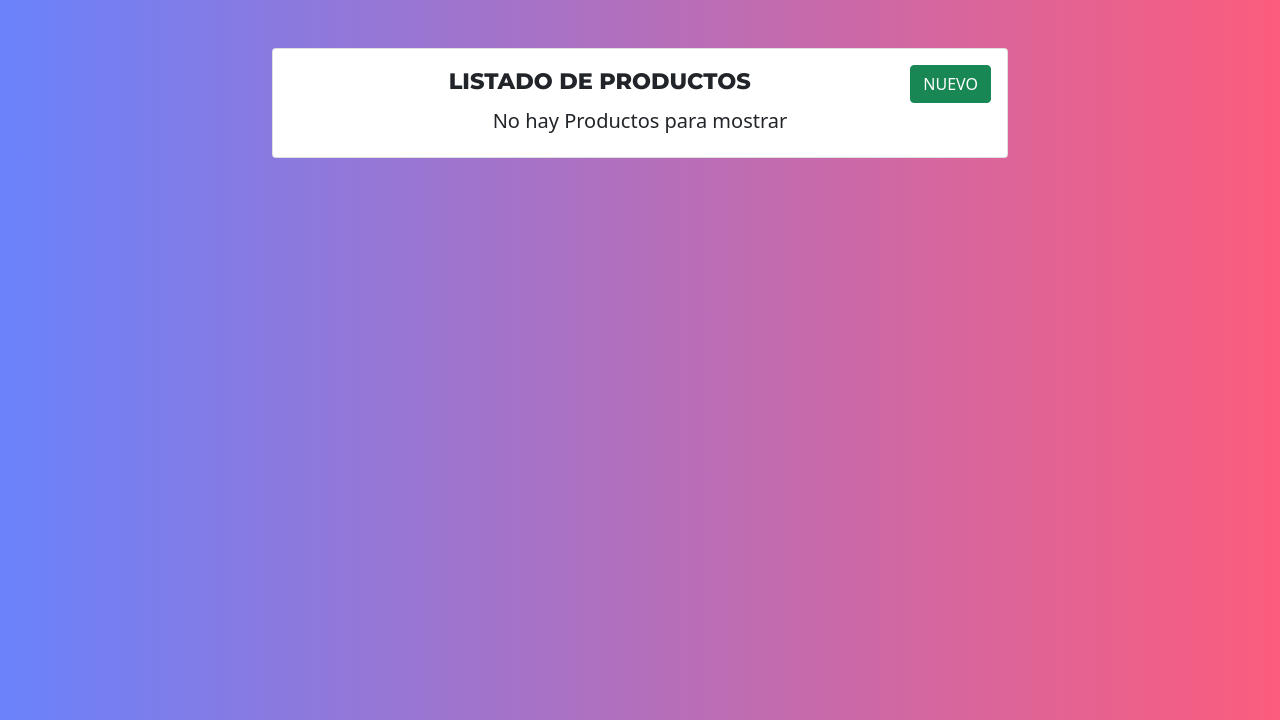
Repository: vivianaleivagalvez/crud_angular
Page: /
An editor plug-in stored every save of this project. The page is shown before and after the next save, followed by the edit.
The browser window is 1280 px wide. The pictures show the whole page.
The page's requests for data from a server got no answer. The project was rebuilt for these pictures with package versions that can differ from the ones it lists, and the page was loaded fresh each time. No one was signed in, and anything a server would have sent is missing. Also part of the build but not shown: angular.json.

Above is the page before, as saved 2022-01-28 20:23:15.

After the next save:
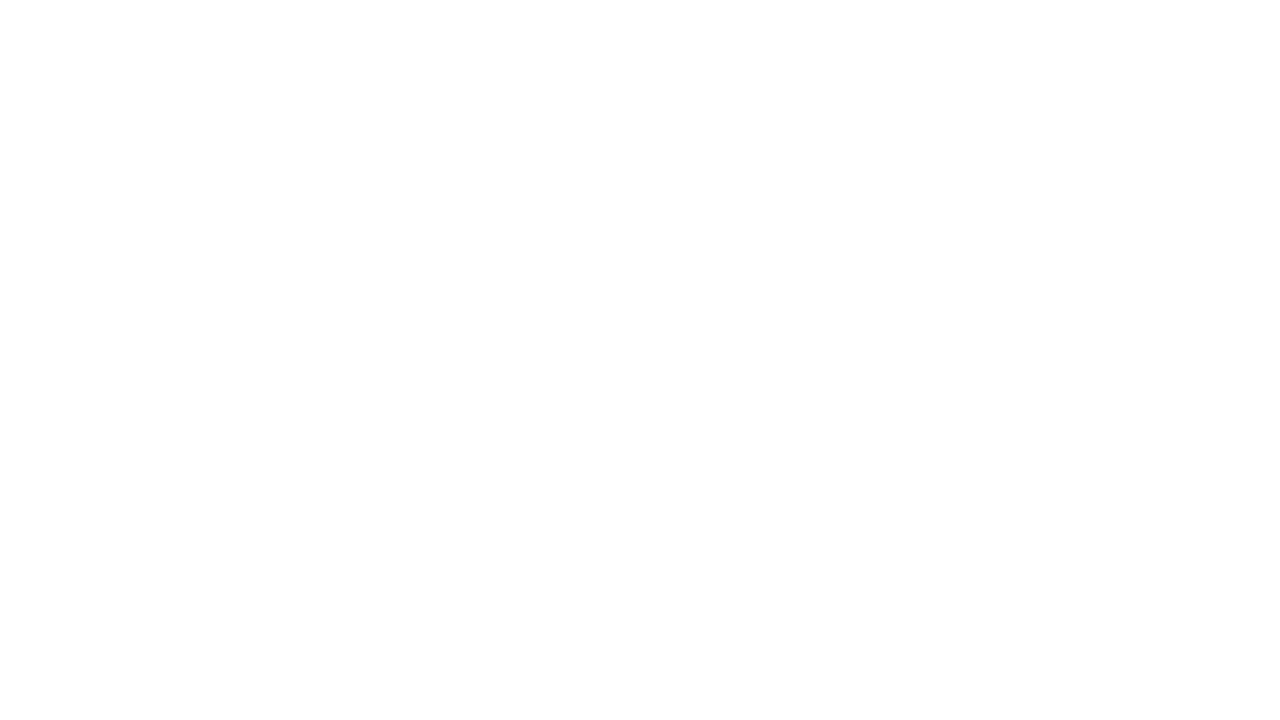
Saved 114 s later.
--- a/src/app/components/listar-productos/listar-productos.component.html
+++ b/src/app/components/listar-productos/listar-productos.component.html
@@ -22,7 +22,7 @@
                 <td>{{ producto.ubicacion }}</td>
                 <td>{{ producto.precio | currency: 'USD'}}</td>
                 <td>
-                  <i class="fas fa-edit text-primary"></i>
+                  <i (routerLink)="['/editar-producto, producto._id]" class="fas fa-edit text-primary"></i>
                   <i (click)="eliminarProducto(producto._id)" class="fas fa-trash text-danger"></i>
                 </td>
               </tr>

After the save that followed:
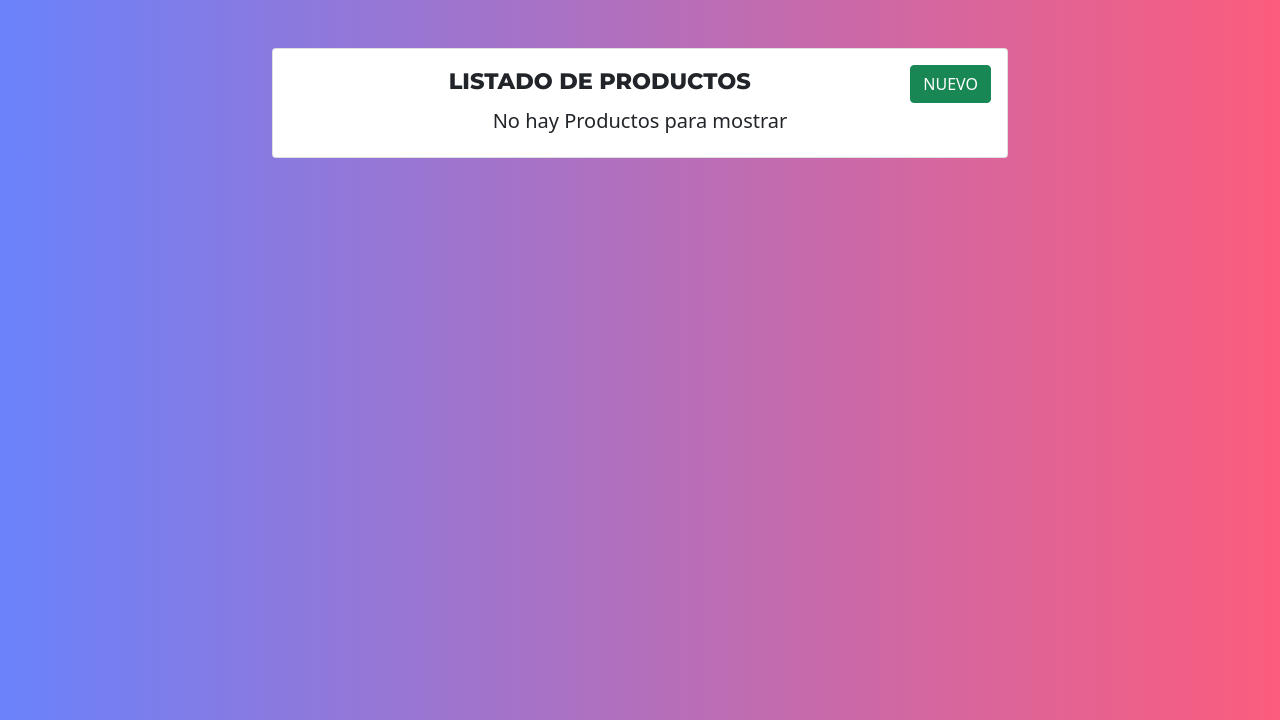
Saved 44 s later.
--- a/src/app/components/listar-productos/listar-productos.component.html
+++ b/src/app/components/listar-productos/listar-productos.component.html
@@ -22,7 +22,7 @@
                 <td>{{ producto.ubicacion }}</td>
                 <td>{{ producto.precio | currency: 'USD'}}</td>
                 <td>
-                  <i (routerLink)="['/editar-producto, producto._id]" class="fas fa-edit text-primary"></i>
+                  <i (routerLink)="['/editar-producto', producto._id]" class="fas fa-edit text-primary"></i>
                   <i (click)="eliminarProducto(producto._id)" class="fas fa-trash text-danger"></i>
                 </td>
               </tr>
